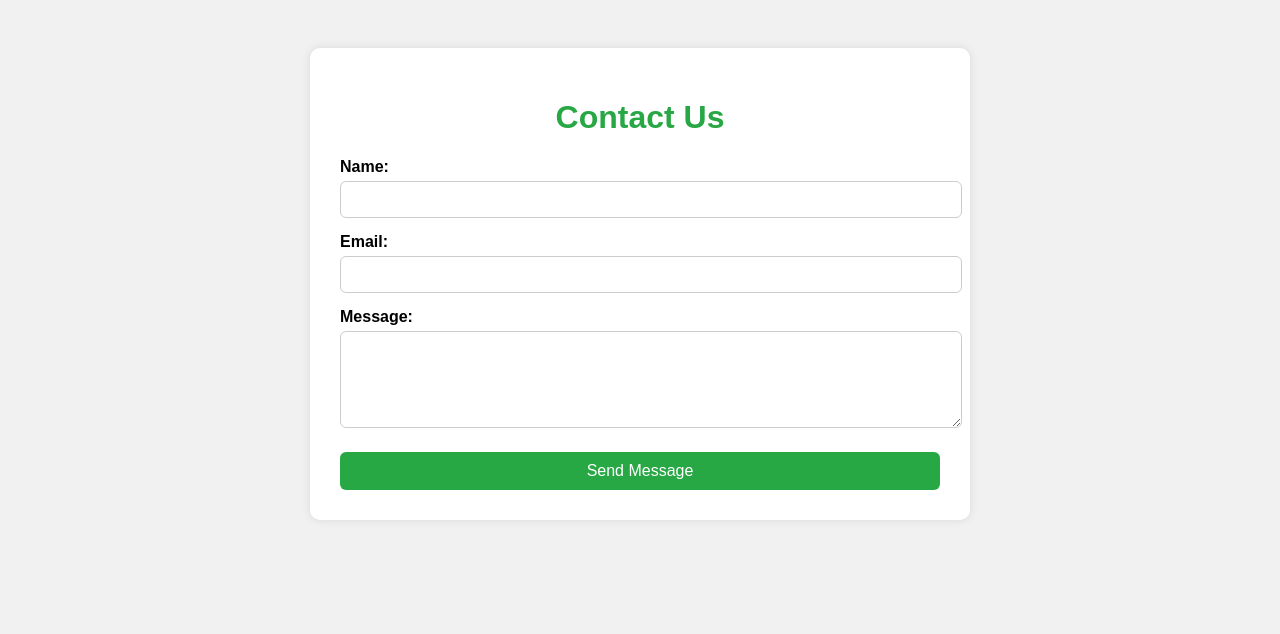
Repository: subhashadhikari057/LibraryManagementSystem
Page: http://localhost/LibraryReservationSystem/jsp/contact.jsp
The author's editor kept a copy of each file at every save. The page is drawn from the files as they stood at one save, then again after the next save.
The browser window is 1280 px wide. The pictures show the whole page.
The page is served by Tomcat 9. Other server files are loaded and not shown.

Above is the page before, as saved 2025-05-07 11:38:10.

### LibraryReservationSystem/src/main/webapp/jsp/contact.jsp
<%@ page language="java" contentType="text/html; charset=UTF-8" pageEncoding="UTF-8"%>
<!DOCTYPE html>
<html>
<head>
    <title>Contact Us - Library</title>
    <style>
        body {
            font-family: Arial, sans-serif;
            background: #f1f1f1;
            padding: 40px;
        }
        .container {
            max-width: 600px;
            margin: auto;
            background: white;
            padding: 30px;
            border-radius: 10px;
            box-shadow: 0 0 10px rgba(0,0,0,0.1);
        }
        h1 {
            text-align: center;
            color: #28a745;
        }
        label {
            display: block;
            margin: 15px 0 5px;
            font-weight: bold;
        }
        input, textarea {
            width: 100%;
            padding: 10px;
            border-radius: 6px;
            border: 1px solid #ccc;
        }
        button {
            margin-top: 20px;
            width: 100%;
            background: #28a745;
            color: white;
            padding: 10px;
            border: none;
            border-radius: 6px;
            font-size: 16px;
            cursor: pointer;
        }
        button:hover {
            background: #218838;
        }
    </style>
</head>
<body>
    <div class="container">
        <h1>Contact Us</h1>
        <form action="#" method="post">
            <label>Name:</label>
            <input type="text" name="name" required>

            <label>Email:</label>
            <input type="email" name="email" required>

            <label>Message:</label>
            <textarea name="message" rows="5" required></textarea>

            <button type="submit">Send Message</button>
        </form>
    </div>
</body>
</html>

After the next save:
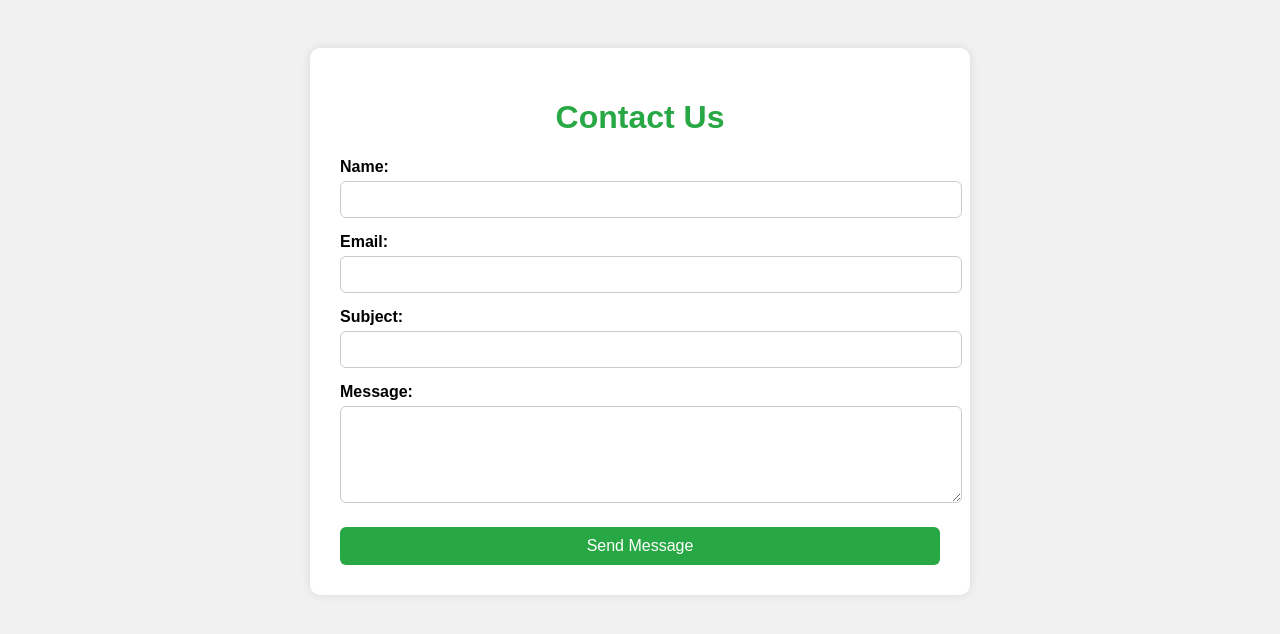
Saved 77 s later.
--- a/LibraryReservationSystem/src/main/webapp/jsp/contact.jsp
+++ b/LibraryReservationSystem/src/main/webapp/jsp/contact.jsp
@@ -51,12 +51,15 @@
 <body>
     <div class="container">
         <h1>Contact Us</h1>
-        <form action="#" method="post">
+        <form action="../ContactServlet" method="post">
             <label>Name:</label>
             <input type="text" name="name" required>
 
             <label>Email:</label>
             <input type="email" name="email" required>
+
+            <label>Subject:</label>
+            <input type="text" name="subject" required>
 
             <label>Message:</label>
             <textarea name="message" rows="5" required></textarea>
